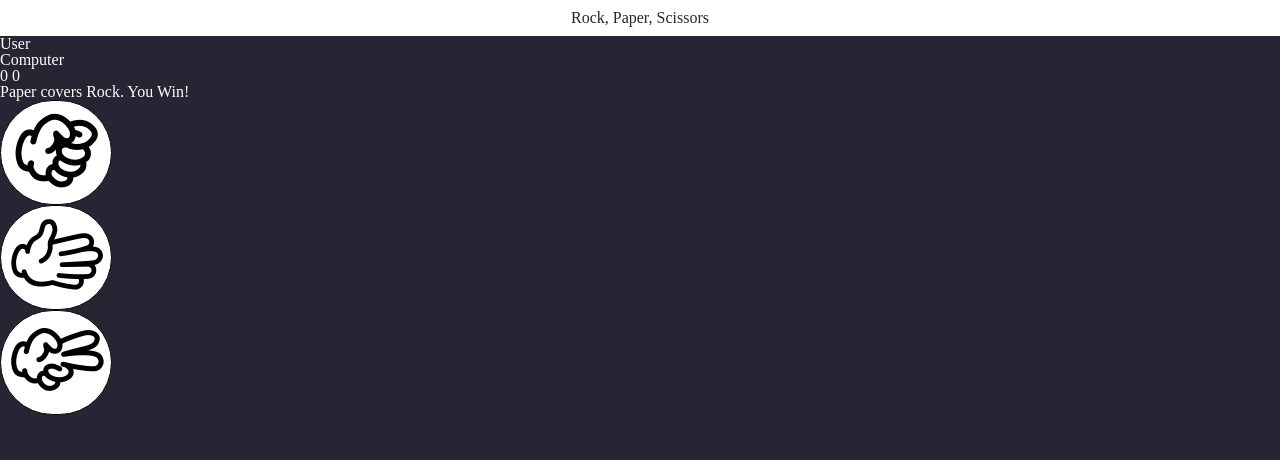
Repository: AndersonGuilherme/rock-paper-scissor-game-javascript
Page: index.html
The author's editor kept a copy of each file at every save. The page is drawn from the files as they stood at one save, then again after the next save.
The browser window is 1280 px wide. The pictures show the whole page.

Above is the page before, as saved 2019-01-12 12:44:17.

### index.html
<!DOCTYPE html>
<html lang="en">
  <head>
    <meta charset="UTF-8" />
    <meta name="viewport" content="width=device-width, initial-scale=1.0" />
    <meta http-equiv="X-UA-Compatible" content="ie=edge" />
    <title>Rocket.io</title>
    <link rel="stylesheet" href="./src/public/css/reset.css" />
    <link rel="stylesheet" href="./src/public/css/style.css" />
  </head>
  <body>
    <header id="header"><h1>Rock, Paper, Scissors</h1></header>
    <div class="score-board">
      <div id="user-label" class="badge">User</div>
      <div id="computer-label" class="badge">Computer</div>
      <span id="user-score">0</span> <span id="computer-score">0</span>
    </div>
    <div class="result"><h1>Paper covers Rock. You Win!</h1></div>
    <div class="choices">
      <div class="choice"><img src="./src/public/images/rock.png" alt="" /></div>
      <div class="choice"><img src="./src/public/images/paper.png" alt="" /></div>
      <div class="choice"><img src="./src/public/images/scissor.png" alt="" /></div>
    </div>
  </body>
</html>

### src/public/css/style.css
body{
    background-color: #272433;
    color: #fff;
}

#header{
    background-color: #fff;
    color: #272433;
    text-align: center;
    padding: 10px;
}

.choice{
    border: 1px solid #000;
    border-radius: 100px;
    text-align: center;
    max-width: 110px;
    background-color: #fff
}

.choice>img{
    max-height: 100px;

Loaded but not shown: src/public/css/reset.css (common file)

After the next save:
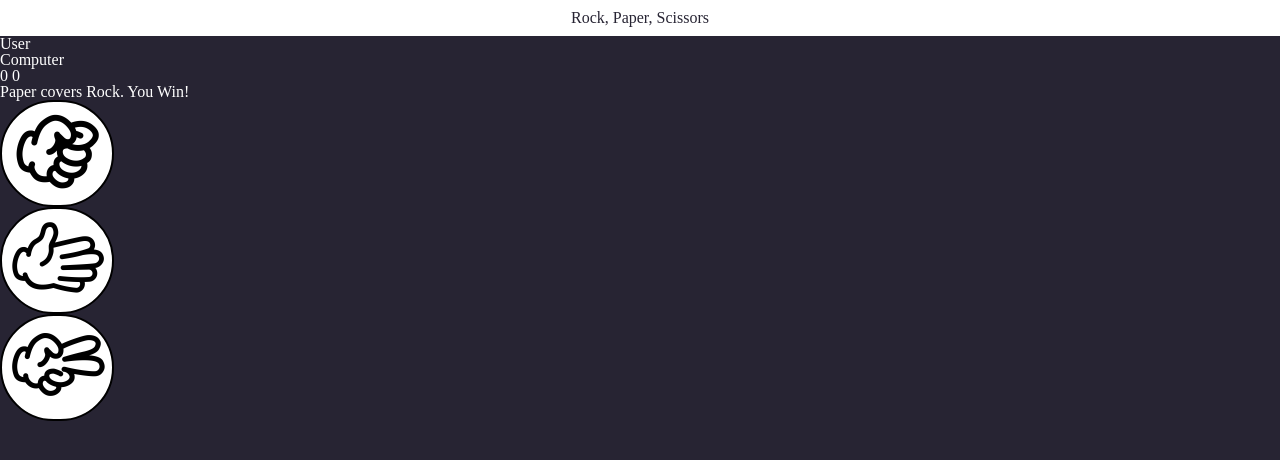
Saved 7 s later.
--- a/src/public/css/style.css
+++ b/src/public/css/style.css
@@ -11,7 +11,7 @@ body{
 }
 
 .choice{
-    border: 1px solid #000;
+    border: 2px solid #000;
     border-radius: 100px;
     text-align: center;
     max-width: 110px;
